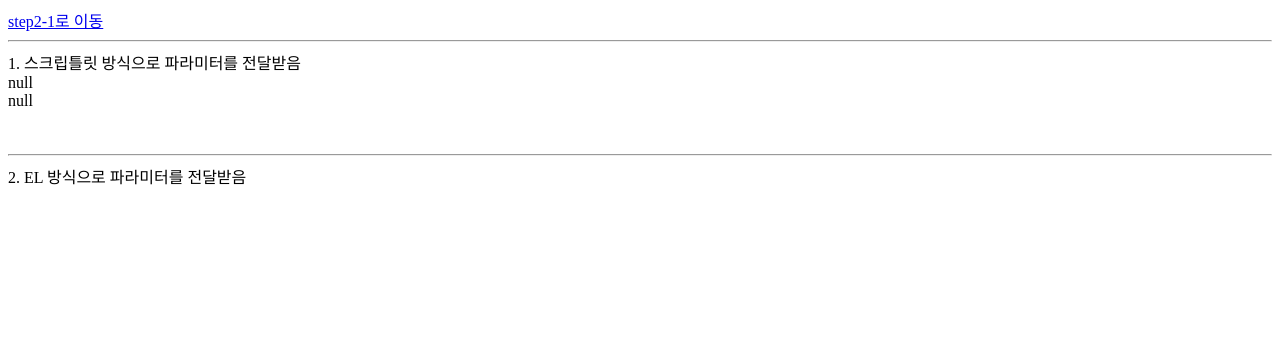
Repository: doridori890130/JSP
Page: http://localhost/jstl_study/step2-2.jsp
An editor plug-in stored every save of this project. The page is shown before and after the next save, followed by the edit.
The browser window is 1280 px wide. The pictures show the whole page.
The page is served by Tomcat 9. Other server files are loaded and not shown.

Above is the page before, as saved 2023-05-09 06:50:06.

### jstl_project/jstl_study/src/main/webapp/step2-2.jsp
<%@ page language="java" contentType="text/html; charset=UTF-8"
    pageEncoding="UTF-8"%>
<!DOCTYPE html>
<html>
<head>
<meta charset="UTF-8">
<title>EL param 연습2</title>
</head>
<body>
	<a href="step2-1.jsp">step2-1로 이동</a>
	<hr>
	1. 스크립틀릿 방식으로 파라미터를 전달받음 <br>
	<%=request.getParameter("name")%> <br>
	<%=request.getParameter("address") %> <br>
	<br>
	<br>
	<hr>
	2. EL 방식으로 파라미터를 전달받음 <br>
	${param.name } <br>
	${param.address } <br>

</body>
</html>

After the next save:
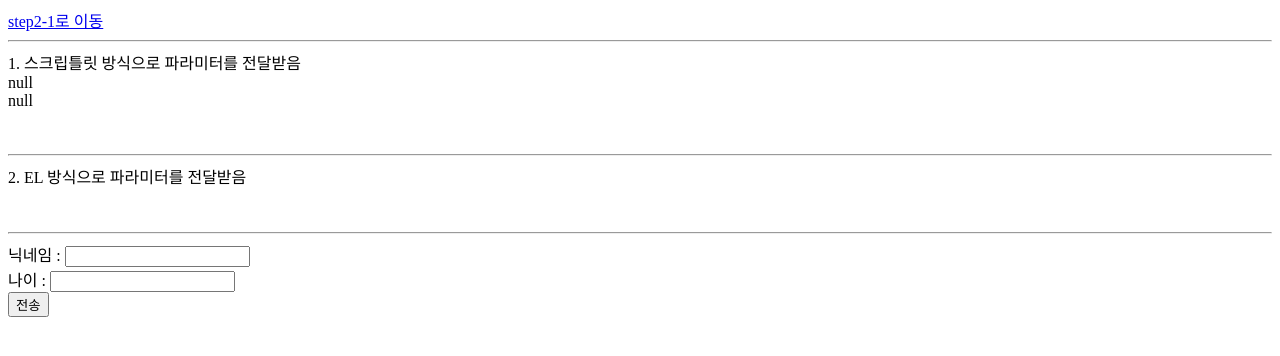
Saved 14 s later.
--- a/jstl_project/jstl_study/src/main/webapp/step2-2.jsp
+++ b/jstl_project/jstl_study/src/main/webapp/step2-2.jsp
@@ -19,5 +19,15 @@
 	${param.name } <br>
 	${param.address } <br>
 
+	<!--  EL 방식으로 값이 NULL이 오게되면 브라우저에 아무값도 출력하지 않는다 -->
+
+	<hr>
+
+	<form action="step2-3.jsp">
+		닉네임 : <input type="text" name="nick" /> <br>
+		나이 : <input type="text" name="age" / > <br>
+		<button type="submit">전송</button>
+	</form>
+
 </body>
 </html>
